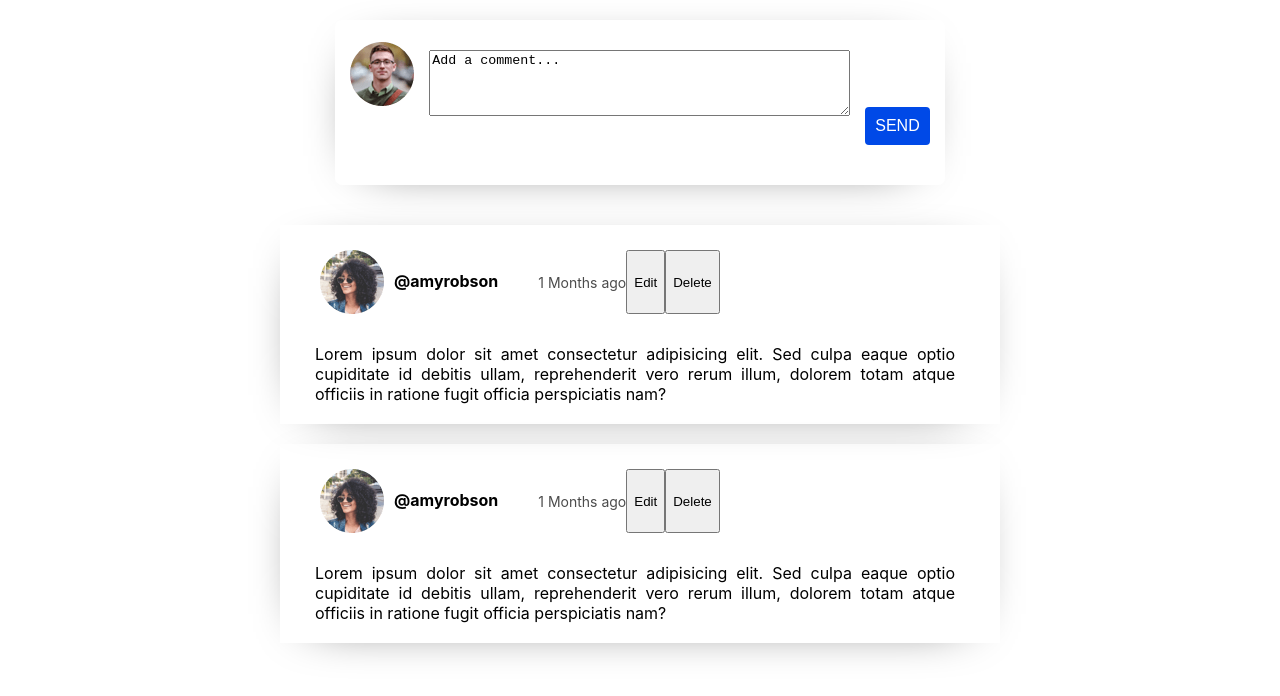
Repository: badhon252/interactive-comments-section
Page: /
An editor plug-in stored every save of this project. The page is shown before and after the next save, followed by the edit.
The browser window is 1280 px wide. The pictures show the whole page.
The project was rebuilt for these pictures with package versions that can differ from the ones it lists, and the page was loaded fresh each time.

Above is the page before, as saved 2022-01-27 23:03:31.

After the next save:
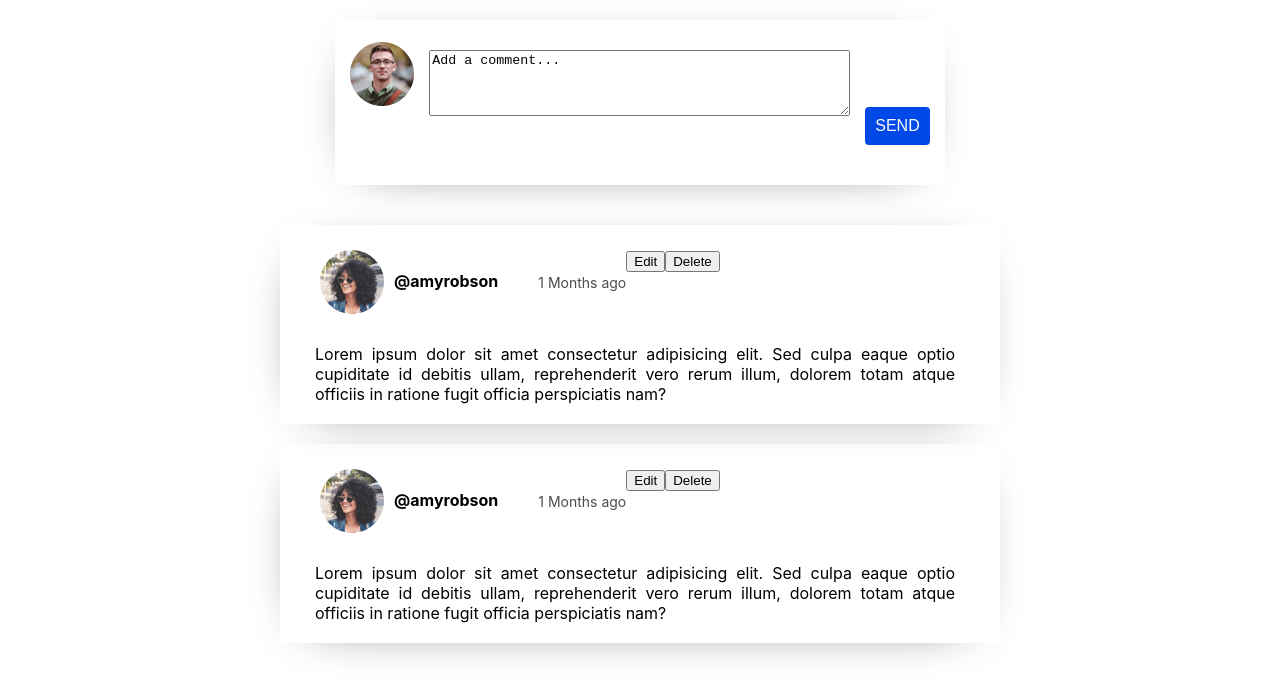
Saved 16 s later.
--- a/src/App.css
+++ b/src/App.css
@@ -67,6 +67,5 @@ textarea {
   padding-left: 30px;
 }
 .btn {
-  display: flex;
-  justify-content: right;
+  text-align: center;
 }
